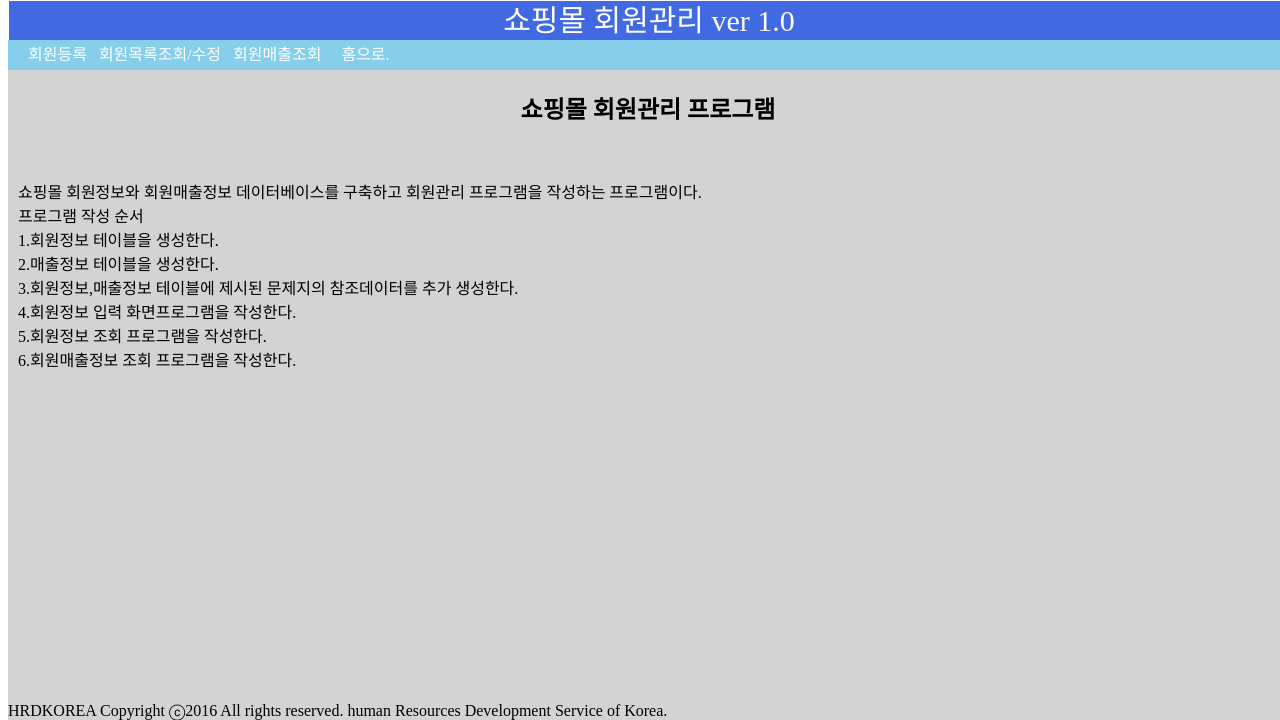
Repository: GotChun/license_practice
Page: http://localhost/HRD_8155/
An editor plug-in stored every save of this project. The page is shown before and after a run of saves, followed by the edit.
The browser window is 1280 px wide. The pictures show the whole page.
The page is served by Tomcat 9. Other server files are loaded and not shown.

Above is the page before, as saved 2025-02-18 14:30:16.

### HRD_8155/src/main/webapp/index.jsp
<%@ page language="java" contentType="text/html; charset=UTF-8"
    pageEncoding="UTF-8"%>
<!DOCTYPE html>
<html>
<head>
<meta charset="UTF-8">
<title>index</title>
</head>
<body>
	<header style=" position: fixed; top:0px; width: 100%; height:40px;
	 border:1px solid; background-color:royalblue; text-align: center; line-height:40px; font-size:30px; color:white;">쇼핑몰 회원관리 ver 1.0	</header>

	 <nav style="position:fixed; top:40px; width:100%; height:30px; line-height:30px;
	 background-color:skyblue; color:white; padding-left:20px;">회원등록&nbsp;&nbsp;  회원목록조회/수정&nbsp;&nbsp;  회원매출조회&nbsp;&nbsp;&nbsp;&nbsp;  홈으로. </nav>

	 <section style="position:fixed; top:70px; width:100%; height:100%;
	 background-color:lightgray; ">
	 	<h2 style="text-align:center; font-weight:bolder;"> <strong>쇼핑몰 회원관리 프로그램</strong></h2><br>
	 	<p style="padding-left:10px;">
	 	쇼핑몰 회원정보와 회원매출정보 데이터베이스를 구축하고 회원관리 프로그램을 작성하는 프로그램이다.<br>
	 	프로그램 작성 순서<br>
	 	1.회원정보 테이블을 생성한다.<br>
	 	2.매출정보 테이블을 생성한다.<br>
	 	3.회원정보,매출정보 테이블에 제시된 문제지의 참조데이터를 추가 생성한다.<br>
	 	4.회원정보 입력 화면프로그램을 작성한다.<br>
	 	5.회원정보 조회 프로그램을 작성한다.<br>
	 	6.회원매출정보 조회 프로그램을 작성한다.<br>
	 	</p>
	 </section>

	 <footer style=" position:fixed; bottom:0px; text-align:center;">HRDKOREA Copyright ⓒ2016 All rights reserved. human Resources Development Service of Korea. </footer>

</body>
</html>

After the next 2 saves:
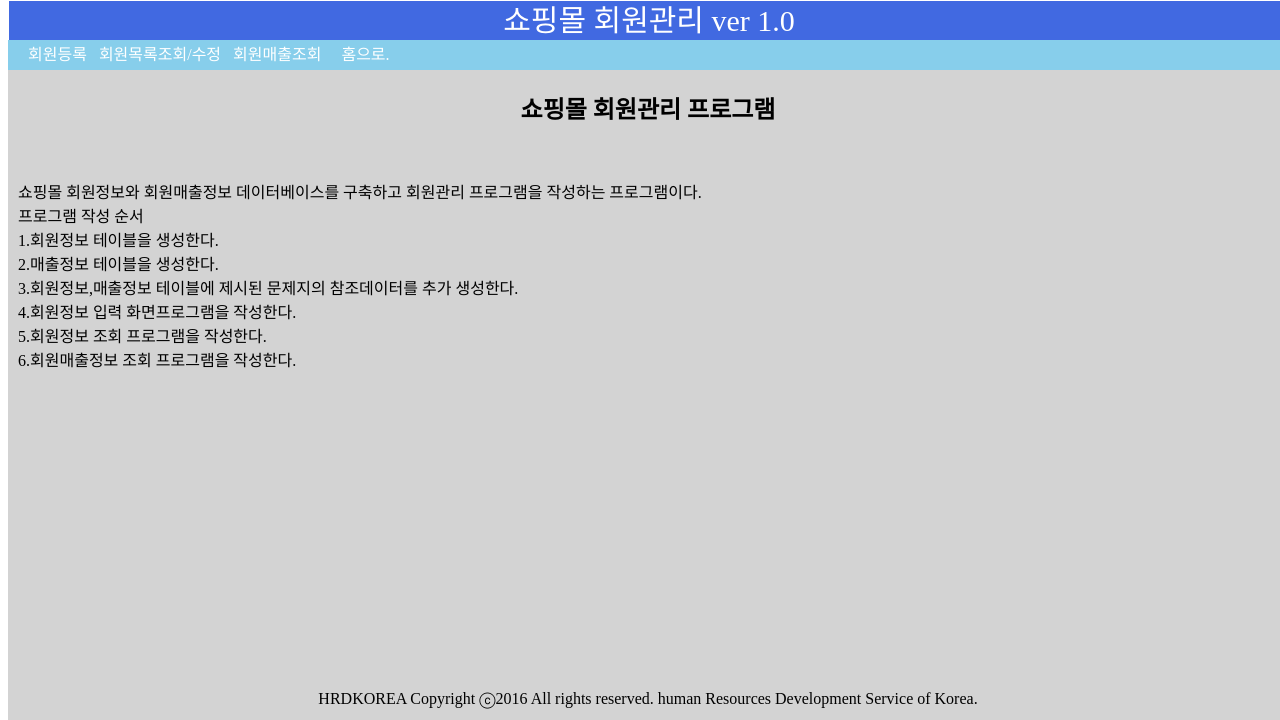
The 2 saves are shown as one change because they came seconds apart.
The last was saved 9 s later.
--- a/HRD_8155/src/main/webapp/index.jsp
+++ b/HRD_8155/src/main/webapp/index.jsp
@@ -28,7 +28,7 @@
 	 	</p>
 	 </section>
 
-	 <footer style=" position:fixed; bottom:0px; text-align:center;">HRDKOREA Copyright ⓒ2016 All rights reserved. human Resources Development Service of Korea. </footer>
+	 <footer style=" position:fixed; bottom:0px; text-align:center; width:100%; height:30px;">HRDKOREA Copyright ⓒ2016 All rights reserved. human Resources Development Service of Korea. </footer>
 
 </body>
 </html>
